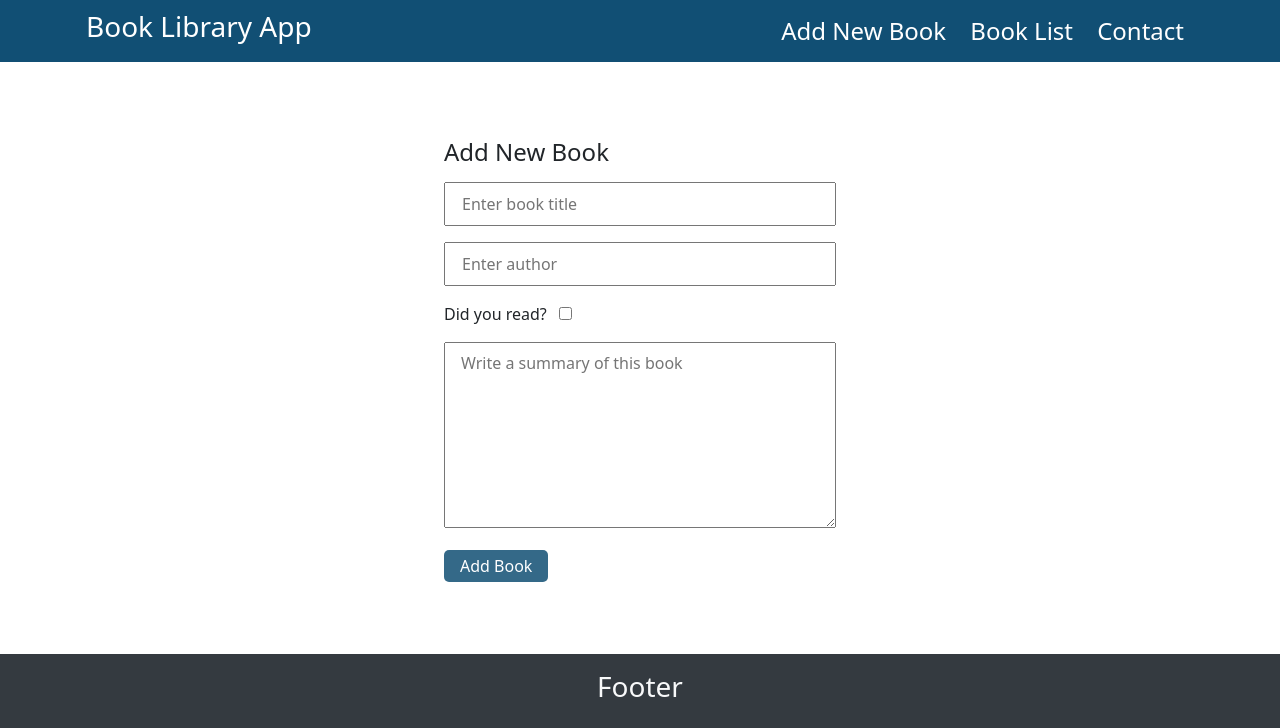
Repository: just-mann/booklibrary-app
Page: http://localhost/
An editor plug-in stored every save of this project. The page is shown before and after the next save, followed by the edit.
The browser window is 1280 px wide. The pictures show the whole page.
The pointer rests on the first visible `.submitBtn`.
The page is served by the project's Node server (app.js).

Above is the page before, as saved 2021-06-06 04:57:47.

### views/index.ejs
<!DOCTYPE html>
<html lang="en">
<%- include('./partials/Header') %>
<body>
    <%- include('./partials/Navbar') %>
      <div class="container py-2 home">
        <div class=" p-5 p-xs-1 p-sm-1 p-md-1 py-2 px-0 mt-5 homeDiv">
          <form action="/books" method="POST" class="px-0 py-3">
            <h4>Add New Book</h4>
              <div class="my-3">
                <input class="px-3 py-2 title w-100" type="text" name="title" id="title" placeholder="Enter book title" required>
              </div>
              <div class="my-3">
                <input class="px-3 py-2 author w-100" type="text" name="author" id="author" placeholder="Enter author" required>
              </div>
              <div class="my-3">
                <label for="isRead" class="mr-2">Did you read?</label>
                <input class="px-3 py-2 isRead" type="checkbox" name="isRead" id="isRead">
              </div>
              <div class="my-3">
                <textarea class="px-3 py-2 isRead w-100" name="summary" id="summary" cols="30" rows="7" placeholder="Write a summary of this book" required></textarea>
              </div>
              <div class="my-3">
                <input class="px-3 py-1 submitBtn" type="submit" value="Add Book">
              </div>
          </form>
        </div>
      </div>
    <%- include('./partials/Footer') %>
</body>
</html>

### views/partials/Header.ejs
<head>
    <meta charset="UTF-8">
    <meta name="viewport" content="width=device-width, initial-scale=1.0">
    <title><%= title %></title>
    <link rel="stylesheet" href="https://stackpath.bootstrapcdn.com/bootstrap/5.0.0-alpha1/css/bootstrap.min.css" integrity="sha384-r4NyP46KrjDleawBgD5tp8Y7UzmLA05oM1iAEQ17CSuDqnUK2+k9luXQOfXJCJ4I" crossorigin="anonymous">
    <script src="https://cdn.jsdelivr.net/npm/popper.js@1.16.0/dist/umd/popper.min.js" integrity="sha384-Q6E9RHvbIyZFJoft+2mJbHaEWldlvI9IOYy5n3zV9zzTtmI3UksdQRVvoxMfooAo" crossorigin="anonymous"></script>
    <link rel="stylesheet" href="https://unpkg.com/aos@next/dist/aos.css" />
    <link rel="stylesheet" href="https://unpkg.com/aos@next/dist/aos.css" />
    <script src="https://stackpath.bootstrapcdn.com/bootstrap/5.0.0-alpha1/js/bootstrap.min.js" integrity="sha384-oesi62hOLfzrys4LxRF63OJCXdXDipiYWBnvTl9Y9/TRlw5xlKIEHpNyvvDShgf/" crossorigin="anonymous"></script>
    <link rel="stylesheet" href="/style.css">
  </head>

### views/partials/Navbar.ejs
<nav class="container-fluid sticky-top">
    <div class="container">
        <a href="/" class="logo"><h3>Book Library App</h3></a>
        <div class="nav__links">
            <a href="/">Add New Book</a>
            <a href="/booklist">Book List</a>
            <a href="/contact">Contact</a>
        </div>
    </div>
</nav>

### views/partials/Footer.ejs
<footer class="bg-dark py-3 text-light text-center">
    <script src="https://ajax.googleapis.com/ajax/libs/jquery/3.5.1/jquery.min.js"></script>
    <script src="/script.js"></script>
    <div class="container">
        <h3>Footer</h3>
    </div>
</footer>
<script src="https://unpkg.com/aos@next/dist/aos.js"></script>
<script>
  AOS.init();
</script>

### app.js
const express = require('express'); //import express package
const app = express(); //initialize the express app
const bodyParser = require('body-parser') //import body-parser to handle data from the form
const MongoClient = require('mongodb').MongoClient; //import the mongodbClient
const { ObjectId } = require('bson');
const dbName = 'myBookList';
const dbCollectionName = 'bookCollection';

const PORT = process.env.PORT || 5000;


// Configure the body-parser
app.use(bodyParser.urlencoded({ extended: true }));


// Make static files accessible
app.use(express.static('public'));


// Set View Engine
app.set('view engine', 'ejs');



// Connect to Database
const dbURI = 'mongodb+srv://bookUser:cUk4rECaXyAWsNz8@crud-tutorial.xd65d.mongodb.net/myBookList?retryWrites=true&w=majority';
MongoClient.connect(dbURI, { useUnifiedTopology: true })
    .then(client => {

        app.listen(PORT, () => {
            console.log(`App is now running on PORT ${PORT} and Database: ${dbName} is connected`)
        });

        const db = client.db(`${dbName}`);

        const myCollection = db.collection(`${dbCollectionName}`);

        app.post('/books', (req, res) => {
            myCollection.insertOne(req.body)
                .then(result => {
                    console.log('Item added to database...');
                })
                .catch(err => console.log(err));
            res.redirect('bookList');
        })

        app.get('/booklist', (req, res) => {
            myCollection.find().sort({_id: -1}).toArray()
                .then(result => {
                    res.render('bookList', { myList: result, title: "Book List" });
                })
                .catch(err => console.log(err));
        })


        app.get('/booklist/:id', (req, res) => {
            const id = req.params.id;
            myCollection.findOne({ _id: ObjectId(`${id}`)})
                .then(result => {
                    res.render('details', { singleBook: result, title: `Book Detail  -  ${result.title}` })
                })
                .catch(err => console.log(err));
        })


        app.delete('/booklist/:id', (req, res) => {
            const id = req.params.id;
            myCollection.deleteOne({_id: ObjectId(`${id}`)})
                .then(result => {
                    res.json({ redirect: '/booklist'})
                })
                .catch(err => console.log(err));
        })


        app.get('/', (req, res) => {
            res.render('index', { title: "Add New Book" });
        })


        app.get('/contact', (req, res) => {
            res.render('contact', { title: "Contact Me" });
        })

        app.use((req, res) => {
            res.status(404).render('404', { title: '404, Page Not Found'});
        })

    })
    .catch(err => console.log(err));

### public/style.css
* {
    padding: 0;
    margin: 0;
    box-sizing: border-box;
}
body {
    min-height: 100vh;
}

a {
    text-decoration: none;
}

nav {
    background-color: #114f74;
    padding: 10px 0px;
}

nav .container {
    display: flex;
    justify-content: space-between;
    align-items: center;
}

nav .container .logo h3 {
    color: #ffffff;
    font-weight: 350;
}

nav .container .nav__links {
    color: #ffffff;
}

nav .container .nav__links a {
    color: #ffffff;
    font-size: 1.5rem;
    padding: 10px 0px;
    margin: 0px 10px;
    font-weight: 300;
}

.nav__links a:hover {
    color: red;
}

.listDiv {
    display: flex;
    grid-template-columns: repeat(3, 1fr);
}

.list {
    max-width: 350px;
    min-height: 150px;
    margin: 0px 15px;
    background-color: #e2e2e2;
    border-left: 15px solid #41a1b9;
    opacity: 0.9;
    transition: opacity 0.6s;
}

.list:hover {
    opacity: 1;
}


/* Home Page */
.home {
    height: 82.3vh;
}

.home .homeDiv, .contact .contactDiv {
    /* background: yellow; */
    max-width: 400px;
    margin: 0 auto;
}



/* Book List Page */
.bookList {
    min-height: 81.3vh;
}






/* details page */
.details {
    height: 81.5vh;
}



.bookSummary {
    max-width: 500px;
    background: yellow;
}



/* Contact Page */
.contact {
    height: 82.5vh;
}

.submitBtn {
    background-color: #114f74;
    color: white;
    border: none;
    font-weight: 500;
    border-radius: 5px;
    opacity: 1;
}

.submitBtn:hover {
    opacity: 0.85;
}

Loaded but not shown: public/script.js (no stored copy; drawn as an empty file)

After the next save:
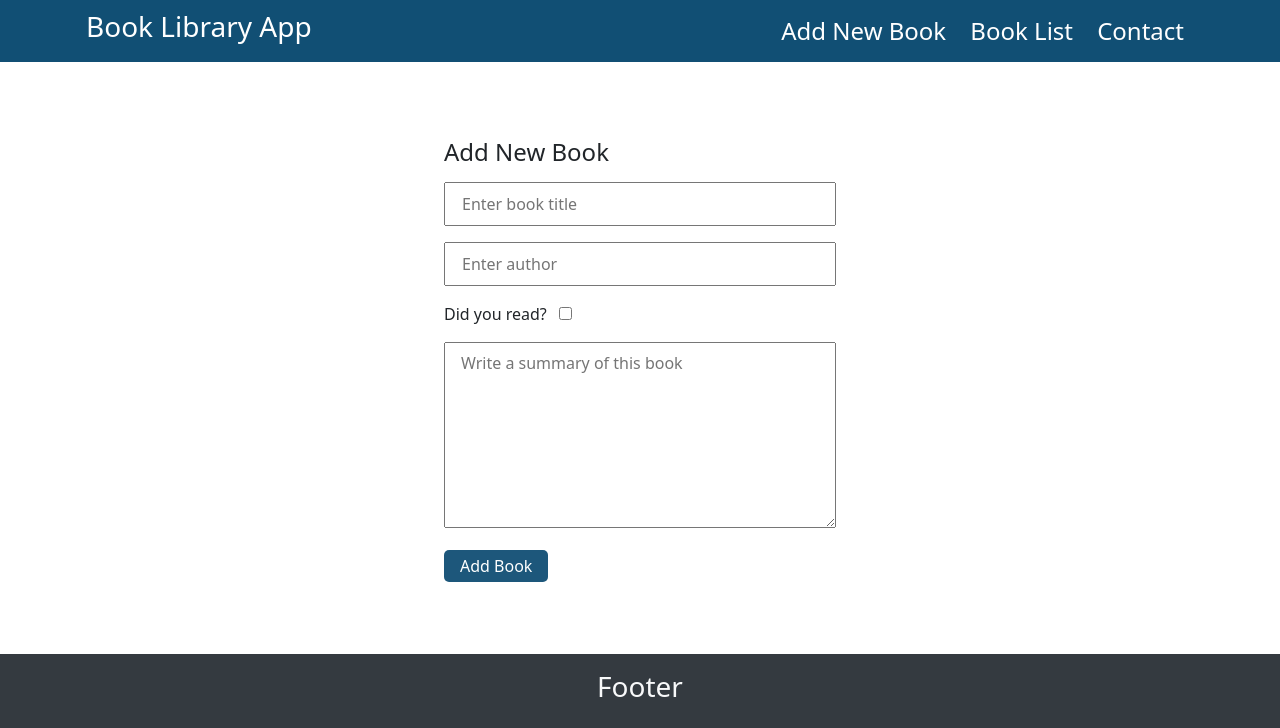
Saved 11 s later.
--- a/public/style.css
+++ b/public/style.css
@@ -115,5 +115,5 @@
 }
 
 .submitBtn:hover {
-    opacity: 0.85;
+    opacity: 0.95;
 }

After the save that followed:
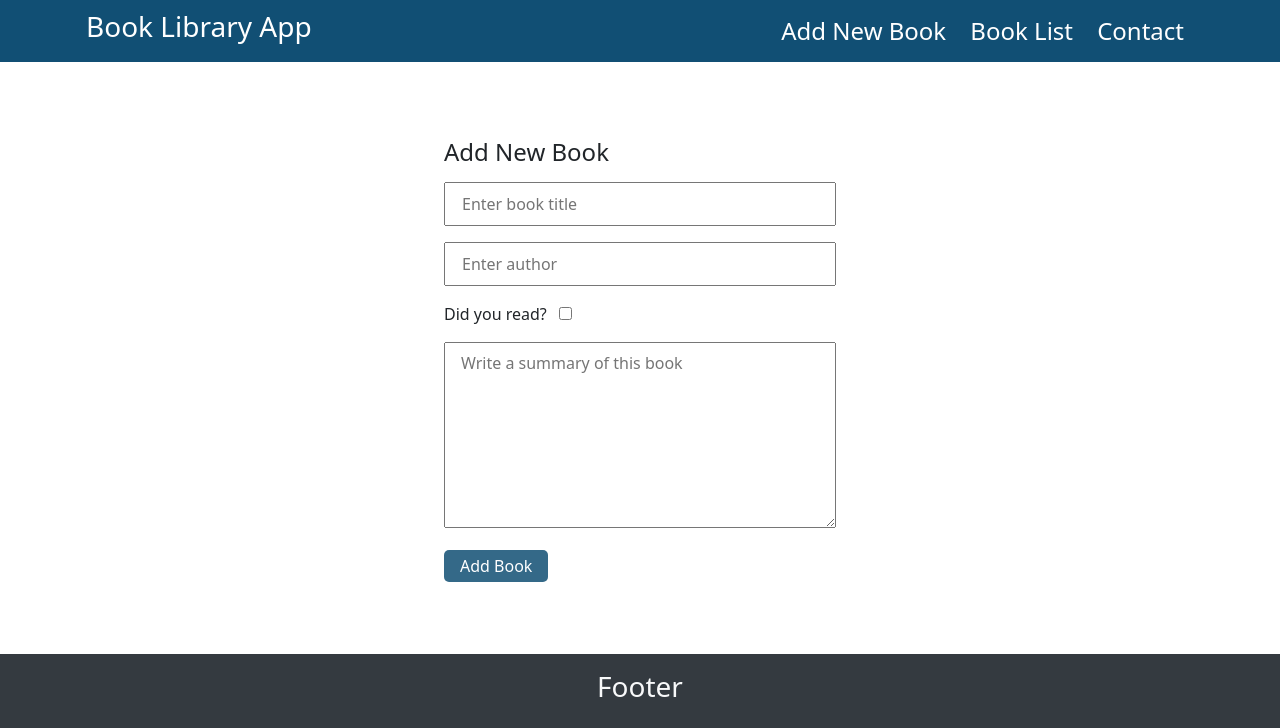
Saved 15 s later.
--- a/public/style.css
+++ b/public/style.css
@@ -115,5 +115,5 @@
 }
 
 .submitBtn:hover {
-    opacity: 0.95;
+    opacity: 0.85;
 }
